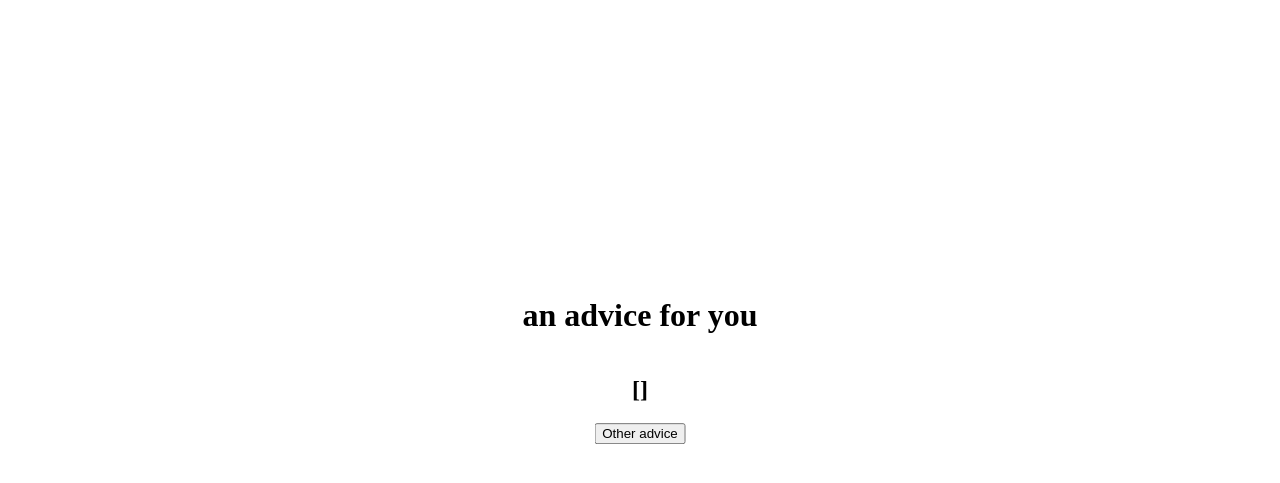
Repository: Fernandamendonc/Advice
Page: /
These files come from the project's save history. The page is drawn as it stood at one moment and after the next save; the edit follows.
The browser window is 1280 px wide. The pictures show the whole page.
The page's requests for data from a server got no answer. The project was rebuilt for these pictures with package versions that can differ from the ones it lists, and the page was loaded fresh each time. The framework's server and built-in components were replaced by stand-ins that run in the browser. No one was signed in, and anything a server would have sent is missing. Also part of the build but not shown: next.config.js.

Above is the page before, as saved 2022-08-16 20:53:17.

After the next save:
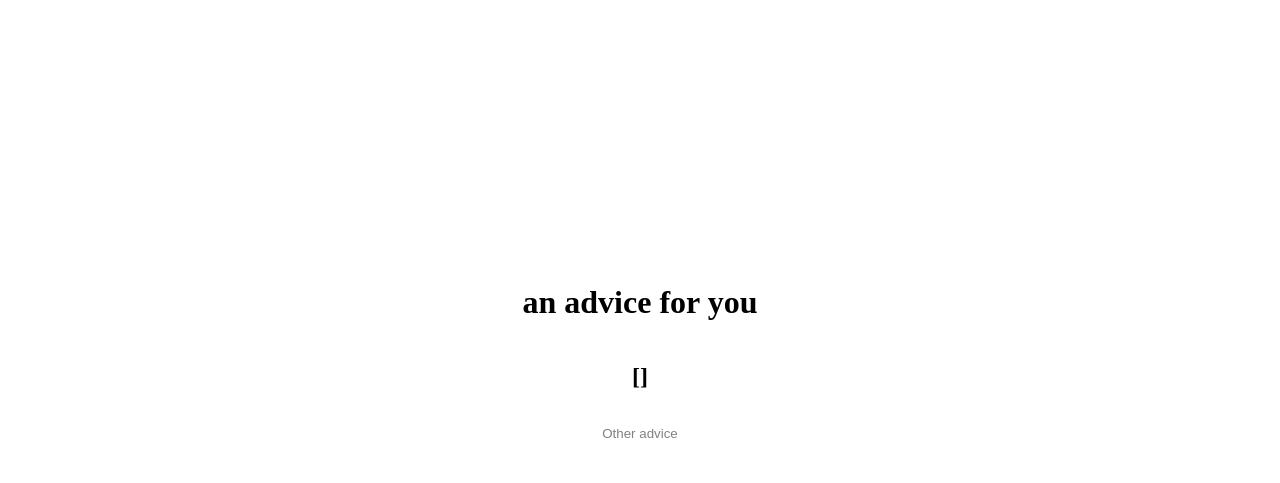
Saved 11 s later.
--- a/src/components/button/styles.ts
+++ b/src/components/button/styles.ts
@@ -11,7 +11,7 @@ export const Container = styled.div`
   left: 50%;
   transform: translate(-50%, -50%);
 
-  font-family: 'Times New Roman', Times, serif
+  font-family: 'Times New Roman', Times, serif;
 
   button{
     padding: 1rem 5rem;
